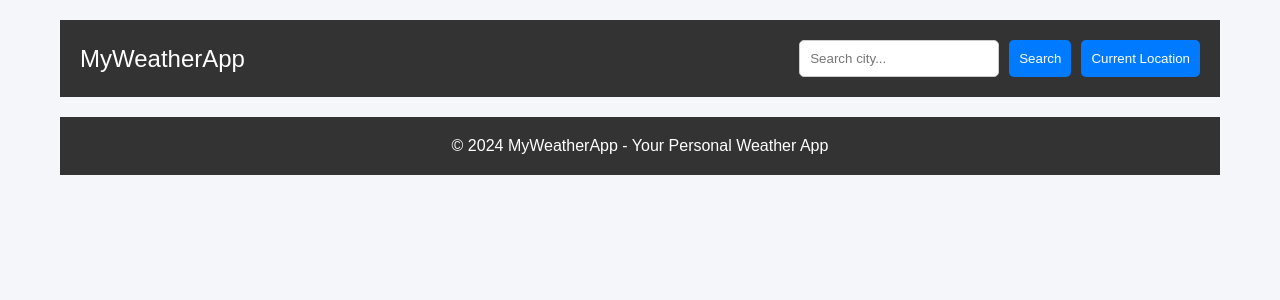
Repository: Rayyy-dev/My-weather-App
Page: /
The author's editor kept a copy of each file at every save. The page is drawn from the files as they stood at one save, then again after the next save.
The browser window is 1280 px wide. The pictures show the whole page.
The page's requests for data from a server got no answer. The project was rebuilt for these pictures with package versions that can differ from the ones it lists, and the page was loaded fresh each time. No one was signed in, and anything a server would have sent is missing.

Above is the page before, as saved 2024-10-16 02:32:00.

After the next save:
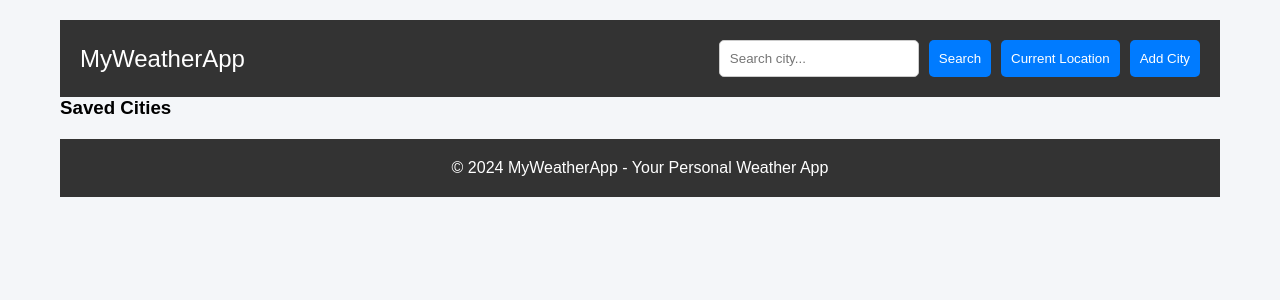
Saved 5 min 12 s later.
--- a/src/App.js
+++ b/src/App.js
@@ -9,8 +9,21 @@ function App() {
   const [hourlyForecast, setHourlyForecast] = useState([]); // Hourly forecast
   const [loading, setLoading] = useState(false); // Loading state
   const [error, setError] = useState(''); // Error handling
+  const [cities, setCities] = useState([]); // User-added cities
 
   const apiKey = "74072ad194774534b56234435241510"; // WeatherAPI key
+  const defaultCity = 'New York'; // Default city if no geolocation
+
+  useEffect(() => {
+    const savedCities = JSON.parse(localStorage.getItem('savedCities')) || [];
+    setCities(savedCities);
+
+    if (!savedCities.length) {
+      detectLocation(); // Try detecting location or show default city
+    } else {
+      fetchWeather(savedCities[0]); // Show weather for the first saved city
+    }
+  }, []);
 
   // Fetch weather data for city
   const fetchWeather = async (location) => {
@@ -65,6 +78,19 @@ function App() {
     setCity(selectedCity);
     fetchWeather(selectedCity);
     setSuggestions([]); // Clear suggestions after selection
+  };
+
+  // Add city to saved cities list
+  const addCity = (cityName) => {
+    const updatedCities = [...cities, cityName];
+    setCities(updatedCities);
+    localStorage.setItem('savedCities', JSON.stringify(updatedCities));
+    fetchWeather(cityName);
+  };
+
+  // Switch between saved cities
+  const handleCitySwitch = (cityName) => {
+    fetchWeather(cityName);
   };
 
   // Detect user's location using Geolocation API
@@ -77,11 +103,11 @@ function App() {
           fetchWeather(`${lat},${lon}`);
         },
         () => {
-          setError('Unable to retrieve your location');
+          fetchWeather(defaultCity); // Use default city if location fails
         }
       );
     } else {
-      setError('Geolocation is not supported by this browser.');
+      fetchWeather(defaultCity); // Fallback to default city
     }
   };
 
@@ -102,6 +128,9 @@ function App() {
           <button onClick={detectLocation} className="current-location-btn">
             Current Location
           </button>
+          <button onClick={() => addCity(city)} className="add-city-btn">
+            Add City
+          </button>
         </div>
         {/* City suggestions dropdown */}
         {suggestions.length > 0 && (
@@ -118,6 +147,16 @@ function App() {
           </div>
         )}
       </header>
+
+      {/* Display added cities */}
+      <div className="saved-cities">
+        <h3>Saved Cities</h3>
+        {cities.map((cityName, index) => (
+          <button key={index} onClick={() => handleCitySwitch(cityName)}>
+            {cityName}
+          </button>
+        ))}
+      </div>
 
       {/* Main Content */}
       <main>
